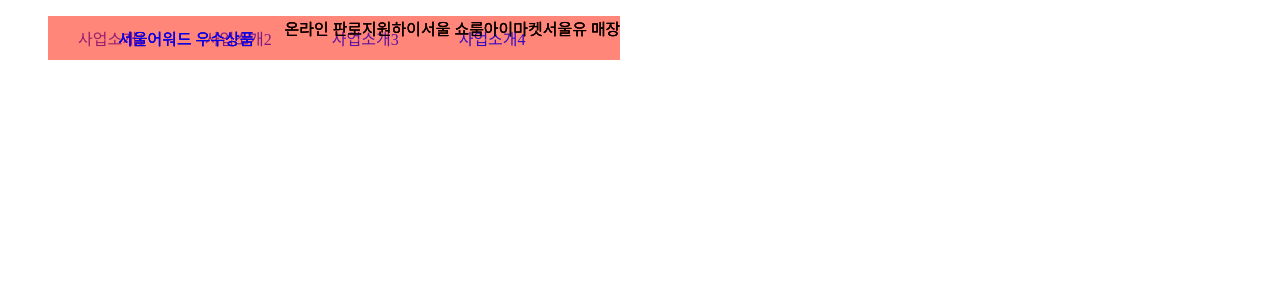
Repository: Ahn-jeong/javabasic
Page: 1.BasicJava/workspace/basic/WebContent/1024/각각메뉴슬라이드.html
The author's editor kept a copy of each file at every save. The page is drawn from the files as they stood at one save, then again after the next save.
The browser window is 1280 px wide. The pictures show the whole page.

Above is the page before, as saved 2019-10-24 05:16:02.

### 1.BasicJava/workspace/basic/WebContent/1024/각각메뉴슬라이드.html
<!DOCTYPE html>
<html>
	<head>
		<meta charset="UTF-8">
		<title>각각 메뉴 슬라이드</title>
		<style>
			ul li{
				list-style: none;
			}
			a {
				text-decoration: none;
			}

			/*메뉴스타일*/

			.dropdown{
				position: relative;
			}
			.dropdown li {
				float : left;
			}
			.dropdown a{
				display: block;
				padding : 10px 30px;
			}

			/*서브메뉴 스타일*/

			.submenu{
				position:absolute;
				margine : 0;
				overflow: hidden;
				background: rgba(100%, 20%, 10%, 0.2);
			}

			.submenu li{
				float : left;
			}

			.submenu li a{

			}
		</style>
	</head>
	<body>
		<nav>
			<ul class = "dropdown">
				<li><a href = "#">사업소개1</a></li>
				<ul class = "submenu">
					<li><a href = "#">서울어워드 우수상품</a></li>
					<li>온라인 판로지원</li>
					<li>하이서울 쇼룸</li>
					<li>아이마켓서울유 매장</li>
				</ul>
			</ul>
			<ul class = "dropdown">
				<li><a href = "#">사업소개2</a></li>
				<ul class = "submenu">
					<li><a href = "#">서울어워드 우수상품</a></li>
					<li>온라인 판로지원</li>
					<li>하이서울 쇼룸</li>
					<li>아이마켓서울유 매장</li>
				</ul>
			</ul>
			<ul class = "dropdown">
				<li><a href = "#">사업소개3</a></li>
				<ul class = "submenu">
					<li><a href = "#">서울어워드 우수상품</a></li>
					<li>온라인 판로지원</li>
					<li>하이서울 쇼룸</li>
					<li>아이마켓서울유 매장</li>
				</ul>
			</ul>
			<ul class = "dropdown">
				<li><a href = "#">사업소개4</a></li>
				<ul class = "submenu">
					<li><a href = "#">서울어워드 우수상품</a></li>
					<li>온라인 판로지원</li>
					<li>하이서울 쇼룸</li>
					<li>아이마켓서울유 매장</li>
				</ul>
			</ul>
		</nav>
	</body>
</html>

After the next save:
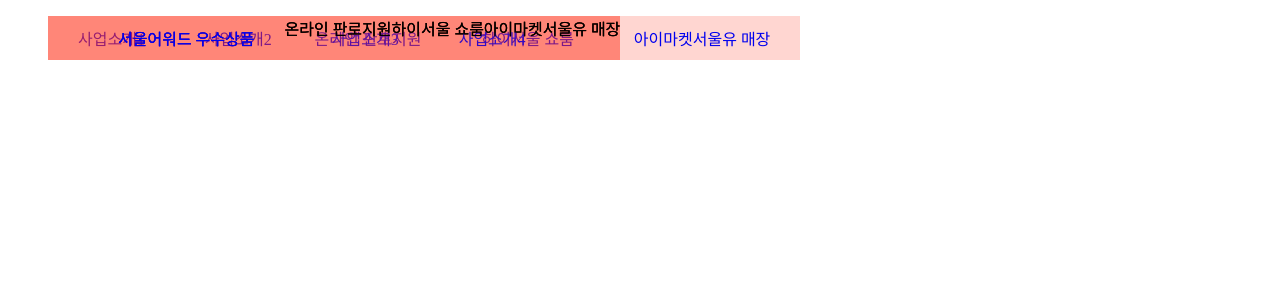
Saved 57 s later.
--- a/1.BasicJava/workspace/basic/WebContent/1024/각각메뉴슬라이드.html
+++ b/1.BasicJava/workspace/basic/WebContent/1024/각각메뉴슬라이드.html
@@ -48,9 +48,9 @@
 				<li><a href = "#">사업소개1</a></li>
 				<ul class = "submenu">
 					<li><a href = "#">서울어워드 우수상품</a></li>
-					<li>온라인 판로지원</li>
-					<li>하이서울 쇼룸</li>
-					<li>아이마켓서울유 매장</li>
+					<li><a href = "#">온라인 판로지원</a></li>
+					<li><a href = "#">하이서울 쇼룸</a></li>
+					<li><a href = "#">아이마켓서울유 매장</a></li>
 				</ul>
 			</ul>
 			<ul class = "dropdown">
